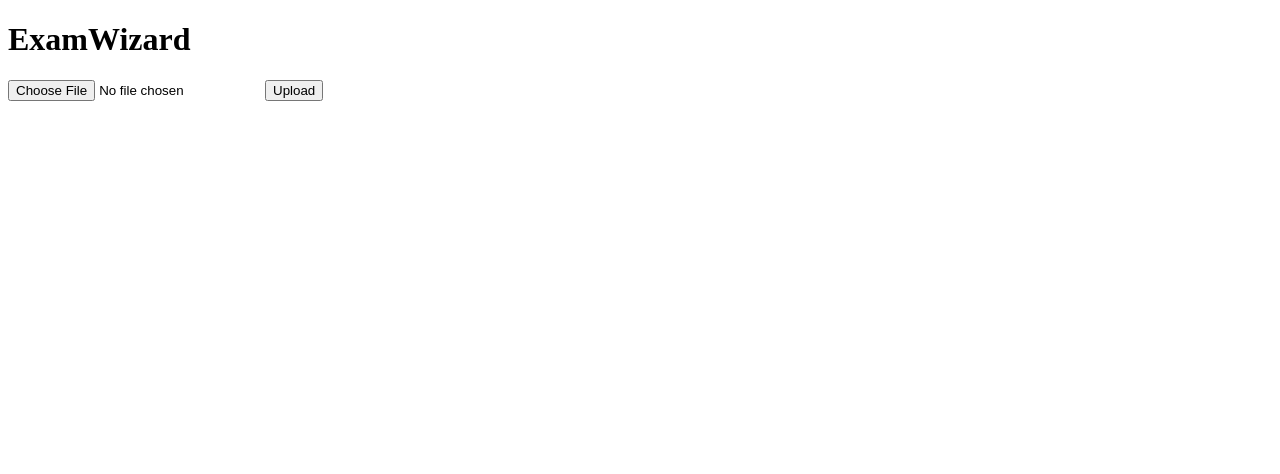
Repository: Buddhadip/ExamPortalApp_struts
Page: http://localhost/ExamWizard/
An editor plug-in stored every save of this project. The page is shown before and after the next save, followed by the edit.
The browser window is 1280 px wide. The pictures show the whole page.
Some icons come from a web library that is not loaded, so they are not drawn. The page is served by Tomcat 9. Other server files are loaded and not shown.

Above is the page before, as saved 2023-07-13 09:57:43.

### ExamWizard/src/main/webapp/WEB-INF/views/index.jsp
<%@ page language="java" contentType="text/html; charset=ISO-8859-1"
    pageEncoding="ISO-8859-1"%>
<!DOCTYPE html>
<html>
<head>
<meta charset="ISO-8859-1">
<title>ExamWizard</title>
 <link rel="stylesheet" href="public/styles/index.css" />
 <%@taglib uri="http://struts.apache.org/tags-html" prefix="html"%>
<%@taglib uri="http://struts.apache.org/tags-bean" prefix="bean"%>
</head>
<body>
	<h1>ExamWizard</h1>
	<form action="uploadCSV.do" method="post" enctype="multipart/form-data">
        <input type="file" name="file" accept=".csv">
        <input type="submit" value="Upload">
    </form>
</body>
</html>

### ExamWizard/src/main/webapp/public/styles/index.css
body{
	background-color:rgb(255, 255, 255);
}

### ExamWizard/src/main/webapp/public/js/index.js
const formOpenBtn = document.querySelector("#form-open"),
	home = document.querySelector(".home"),
	formContainer = document.querySelector(".form_container"),
	formCloseBtn = document.querySelector(".form_close"),
	signupBtn = document.querySelector("#signup"),
	loginBtn = document.querySelector("#login"),
	pwShowHide = document.querySelectorAll(".pw_hide");

	formOpenBtn.addEventListener("click", () => home.classList.add("show"));
	formCloseBtn.addEventListener("click", () => home.classList.remove("show"));

	pwShowHide.forEach((icon) => {
		icon.addEventListener("click", () => {
			let getPwInput = icon.parentElement.querySelector("input");
			if (getPwInput.type === "password") {
				getPwInput.type = "text";
				icon.classList.replace("uil-eye-slash", "uil-eye");
			} else {
				getPwInput.type = "password";
				icon.classList.replace("uil-eye", "uil-eye-slash");
			}
	});
});

	signupBtn.addEventListener("click", (e) => {
		e.preventDefault();
		formContainer.classList.add("active");
	});
	loginBtn.addEventListener("click", (e) => {
		e.preventDefault();
		formContainer.classList.remove("active");
	});

After the next save:
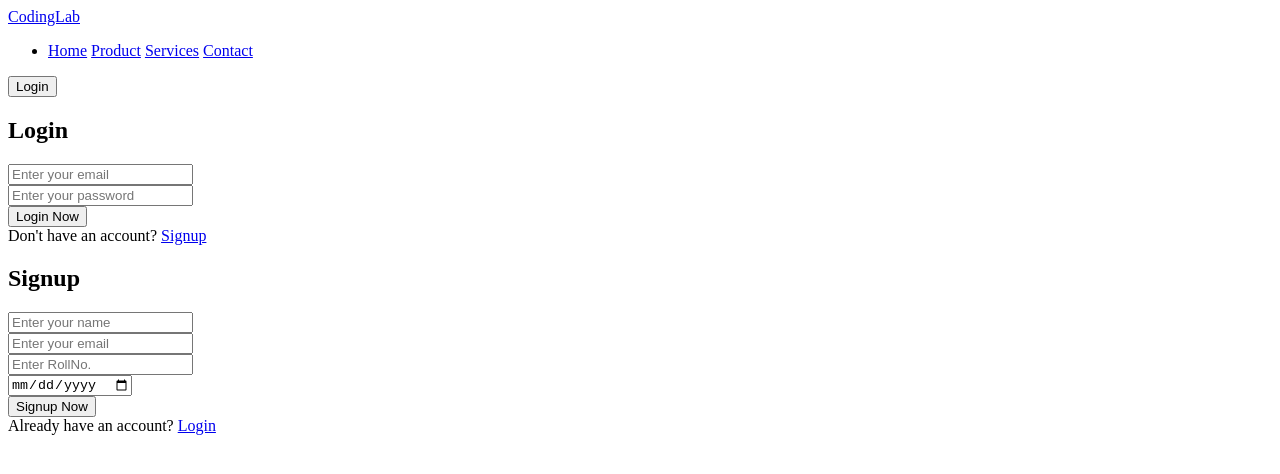
Saved 23 s later.
--- a/ExamWizard/src/main/webapp/WEB-INF/views/index.jsp
+++ b/ExamWizard/src/main/webapp/WEB-INF/views/index.jsp
@@ -3,17 +3,98 @@
 <!DOCTYPE html>
 <html>
 <head>
-<meta charset="ISO-8859-1">
-<title>ExamWizard</title>
- <link rel="stylesheet" href="public/styles/index.css" />
- <%@taglib uri="http://struts.apache.org/tags-html" prefix="html"%>
-<%@taglib uri="http://struts.apache.org/tags-bean" prefix="bean"%>
+	<meta charset="ISO-8859-1">
+	<meta http-equiv="X-UA-Compatible" content="IE=edge" />
+    <meta name="viewport" content="width=device-width, initial-scale=1.0" />
+    <title>ExamWizard</title>
+    <link rel="stylesheet" href="public/styles/index.css" />
+    <!-- Unicons -->
+    <link rel="stylesheet" href="https://unicons.iconscout.com/release/v4.0.0/css/line.css" />
+
 </head>
 <body>
-	<h1>ExamWizard</h1>
-	<form action="uploadCSV.do" method="post" enctype="multipart/form-data">
-        <input type="file" name="file" accept=".csv">
-        <input type="submit" value="Upload">
-    </form>
+	 <!-- Header -->
+    <header class="header">
+      <nav class="nav">
+        <a href="#" class="nav_logo">CodingLab</a>
+
+        <ul class="nav_items">
+          <li class="nav_item">
+            <a href="#" class="nav_link">Home</a>
+            <a href="#" class="nav_link">Product</a>
+            <a href="#" class="nav_link">Services</a>
+            <a href="#" class="nav_link">Contact</a>
+          </li>
+        </ul>
+
+        <button class="button" id="form-open">Login</button>
+      </nav>
+    </header>
+
+    <!-- Home -->
+    <section class="home">
+      <div class="form_container">
+        <i class="uil uil-times form_close"></i>
+        <!-- Login From -->
+        <div class="form login_form">
+          <form id ="loginForm" action="login.do" method="post">
+            <h2>Login</h2>
+
+            <div class="input_box">
+              <input type="email" id="email" name="email" placeholder="Enter your email" required />
+              <i class="uil uil-envelope-alt email"></i>
+            </div>
+            <div class="input_box">
+              <input type="password" id="uroll" name="uroll" placeholder="Enter your password" required />
+              <i class="uil uil-lock password"></i>
+              <i class="uil uil-eye-slash pw_hide"></i>
+            </div>
+
+		 <!-- <div class="option_field">
+              <span class="checkbox">
+                <input type="checkbox" id="check" />
+                <label for="check">Remember me</label>
+              </span>
+              <a href="#" class="forgot_pw">Forgot password?</a>
+            </div>
+          -->
+
+            <button class="button" type="submit" >Login Now</button>
+
+            <div class="login_signup">Don't have an account? <a href="#" id="signup">Signup</a></div>
+          </form>
+        </div>
+
+        <!-- Signup From -->
+        <div class="form signup_form">
+          <form id="signupForm" action="signup.do" method="post">
+            <h2>Signup</h2>
+
+			<div class="input_box">
+              <input type="text"  id="uname" name="uname" placeholder="Enter your name" required />
+              <i class="uil uil-envelope-alt name"></i>
+            </div>
+            <div class="input_box">
+              <input type="email"  id="email" name="email" placeholder="Enter your email" required />
+              <i class="uil uil-envelope-alt email"></i>
+            </div>
+            <div class="input_box">
+              <input type="text" id="uroll" name="uroll" placeholder="Enter RollNo." required />
+              <i class="uil uil-user uroll_icon"></i>
+            </div>
+            <div class="input_box">
+              <input type="date" id="dob" name="dob" placeholder="Enter your date of birth" required />
+            <i class="uil uil-calendar-alt date"></i>
+            </div>
+
+            <button class="button">Signup Now</button>
+
+            <div class="login_signup">Already have an account? <a href="#" id="login">Login</a></div>
+          </form>
+        </div>
+      </div>
+    </section>
+
+    <script src="public\js\index.js"></script>
 </body>
 </html>
